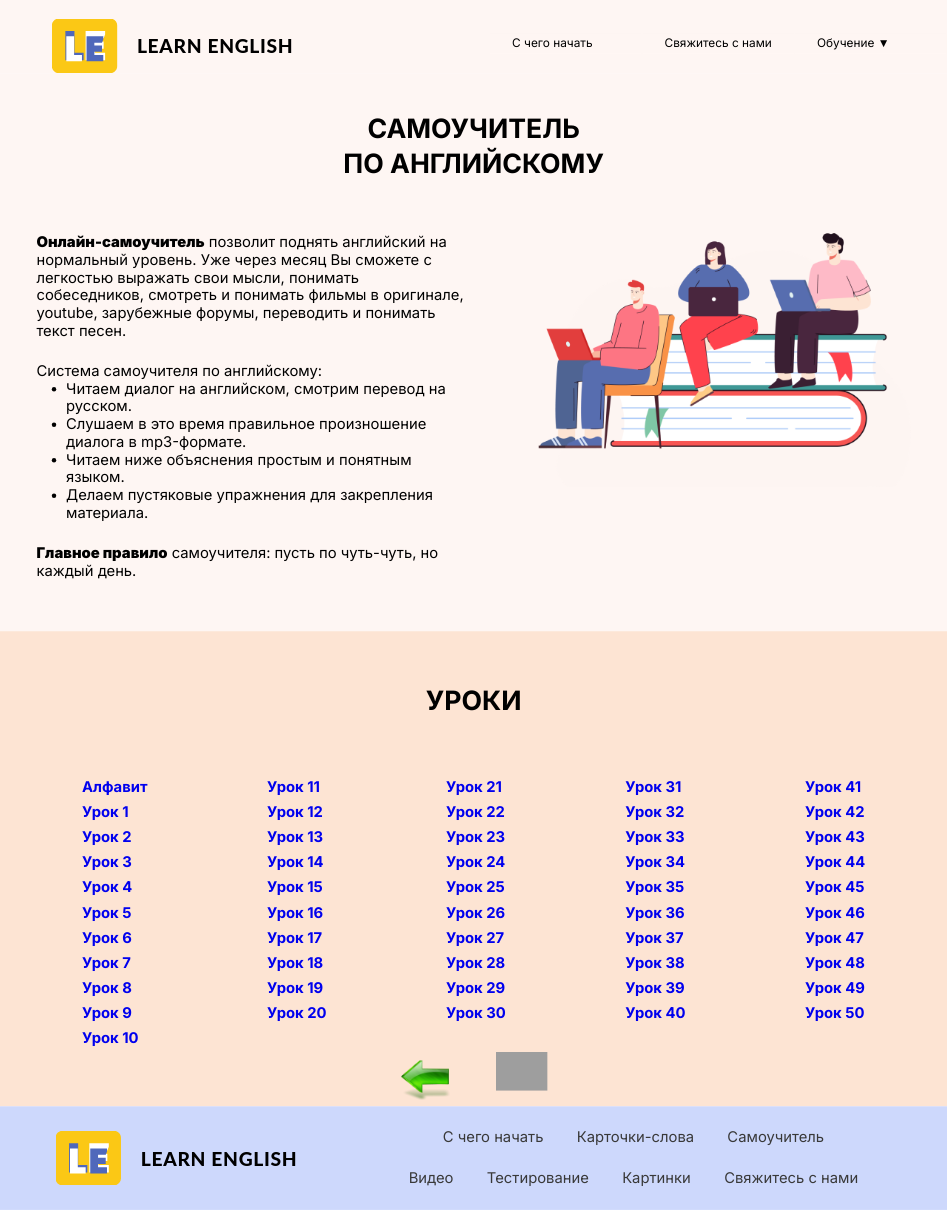
Repository: WladimirVA/Diplom
Page: scool/lesson.html
The author's editor kept a copy of each file at every save. The page is drawn from the files as they stood at one save, then again after the next save.
The browser window is 1280 px wide. The pictures show the whole page, at 74% of full size.
Pictures or frames that could not be fetched are drawn as grey boxes.

Above is the page before, as saved 2023-07-19 18:13:02.

After the next save:
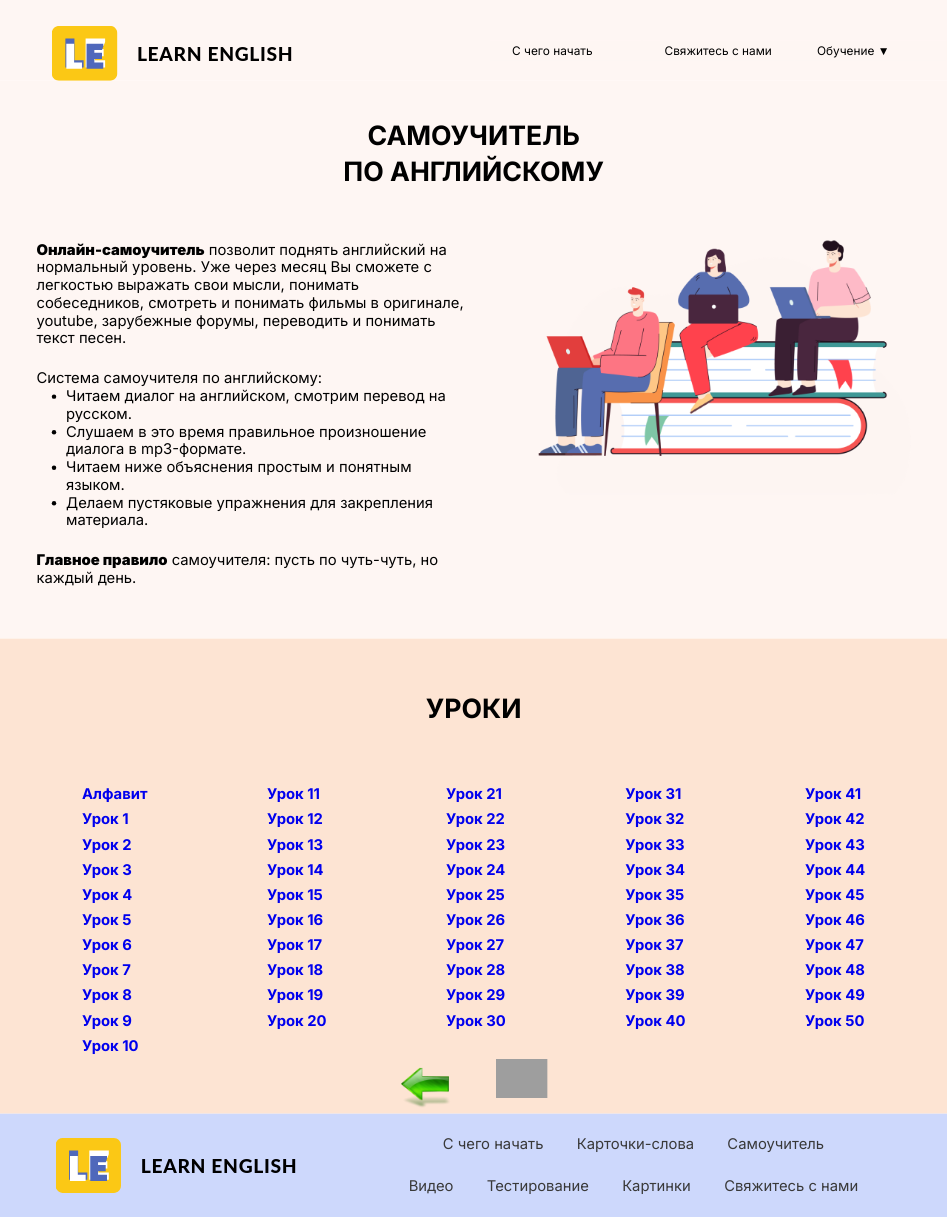
Saved 21 s later.
--- a/scool/css/index.css
+++ b/scool/css/index.css
@@ -82,7 +82,7 @@ ul.ddropdownn .ddropdownn-inside a:hover {/* Цвет фона изменитс
     display: flex;
     justify-content: space-between;
     background-color: #FEF6F3;
-    padding: 25px 0px 0 70px;
+    padding: 35px 0px 0 70px;
 
 }
 
